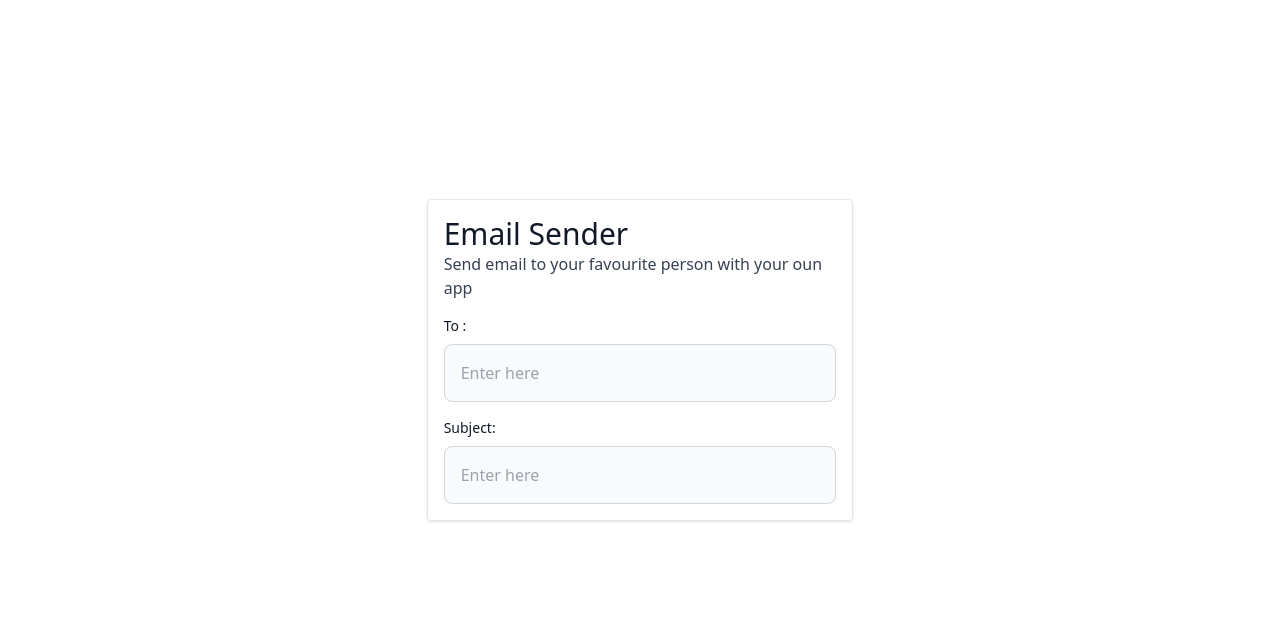
Repository: vikas-1234/EmailReactProject
Page: / (app in email-sender/)
These files come from the project's save history. The page is drawn as it stood at one moment and after the next save; the edit follows.
The browser window is 1280 px wide. The pictures show the whole page.
The project was rebuilt for these pictures with package versions that can differ from the ones it lists, and the page was loaded fresh each time. Also part of the build but not shown: email-sender/vite.config.js, email-sender/src/App.css.

Above is the page before, as saved 2024-04-20 14:56:53.

### email-sender/src/App.jsx

import './App.css'
import EmailSender from './components/EmailSender'

function App() {


  return (
    <>
      <EmailSender/>
    </>
  )
}

export default App

### email-sender/src/components/EmailSender.jsx

function EmailSender() {
  return (
    /* The code `<div>EmailSender</div>` is creating a JSX element in React. It is rendering a `<div>`
    element with the text content "EmailSender" inside it. This JSX element will be displayed as a
    div with the text "EmailSender" when the `EmailSender` component is rendered. */
    // <div>EmailSender</div>
    <div className="w-full min-h-screen flex justify-center items-center">



<div className="email_card w-1/3 p-4 border rounded shadow">
<h1 className="text-gray-900 text-3xl">Email Sender</h1>
<p className="text-gray-700"> Send email to your favourite person with your oun app  </p>

<form action="">

{/* To Section */}

<div className="input_field mt-4">
<label for="large-input" class="block mb-2 text-sm font-medium text-gray-900 dark:text-white" >To :</label>
<input type="text" placeholder="Enter here" id="large-input" class="block w-full p-4 text-gray-900 border border-gray-300 rounded-lg bg-gray-50 text-base focus:ring-blue-500 focus:border-blue-500 dark:bg-gray-700 dark:border-gray-600 dark:placeholder-gray-400 dark:text-white dark:focus:ring-blue-500 dark:focus:border-blue-500"></input>
</div>
{/* To Subject */}

<div className="input_field mt-4">
<label for="large-input" class="block mb-2 text-sm font-medium text-gray-900 dark:text-white" >Subject:</label>
<input type="text" placeholder="Enter here" id="large-input" class="block w-full p-4 text-gray-900 border border-gray-300 rounded-lg bg-gray-50 text-base focus:ring-blue-500 focus:border-blue-500 dark:bg-gray-700 dark:border-gray-600 dark:placeholder-gray-400 dark:text-white dark:focus:ring-blue-500 dark:focus:border-blue-500"></input>
</div>




</form>









    </div>
    </div>

  )
}

export default EmailSender;

### email-sender/tailwind.config.js
/** @type {import('tailwindcss').Config} */
export default {
  content: ["./index.html",
  "./src/**/*.{js,ts,jsx,tsx}",],
  theme: {
    extend: {},
  },
  plugins: [],
  darkMode:'selector',
}

Loaded but not shown: email-sender/index.html (common file); email-sender/src/main.jsx (common file); email-sender/src/index.css (common file)

After the next save:
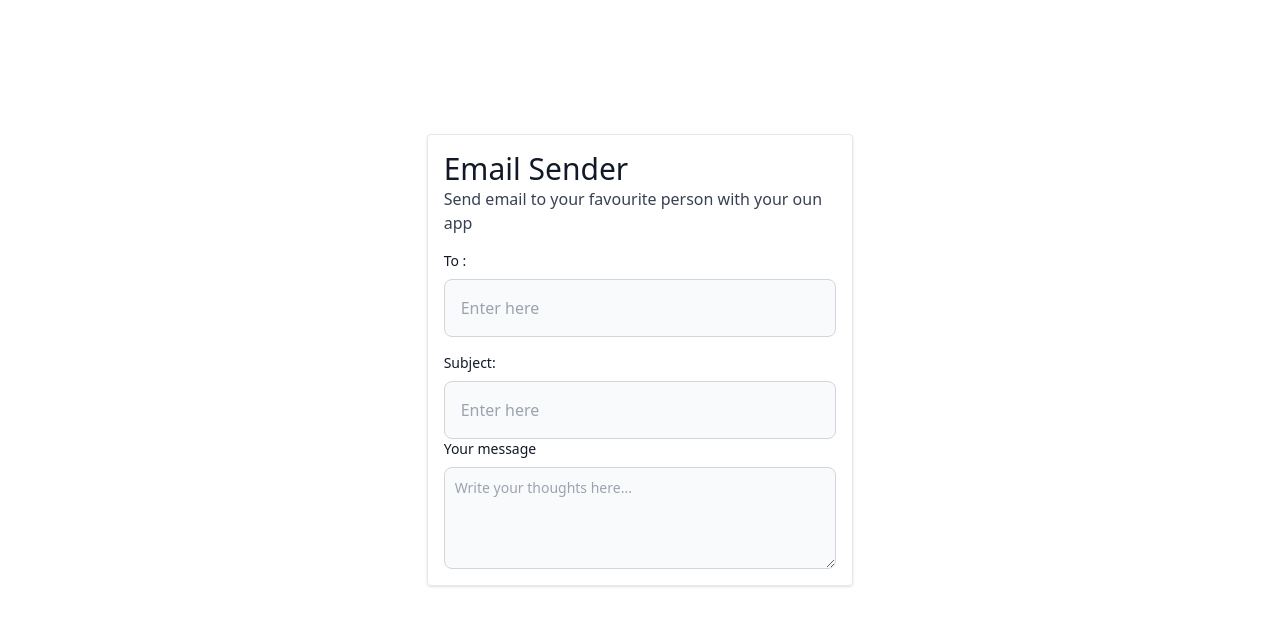
Saved 95 s later.
--- a/email-sender/src/components/EmailSender.jsx
+++ b/email-sender/src/components/EmailSender.jsx
@@ -29,6 +29,9 @@ function EmailSender() {
 </div>
 
 
+<label for="message" class="block mb-2 text-sm font-medium text-gray-900 dark:text-white">Your message</label>
+<textarea id="message" rows="4" class="block p-2.5 w-full text-sm text-gray-900 bg-gray-50 rounded-lg border border-gray-300 focus:ring-blue-500 focus:border-blue-500 dark:bg-gray-700 dark:border-gray-600 dark:placeholder-gray-400 dark:text-white dark:focus:ring-blue-500 dark:focus:border-blue-500" placeholder="Write your thoughts here..."></textarea>
+
 
 
 </form>
